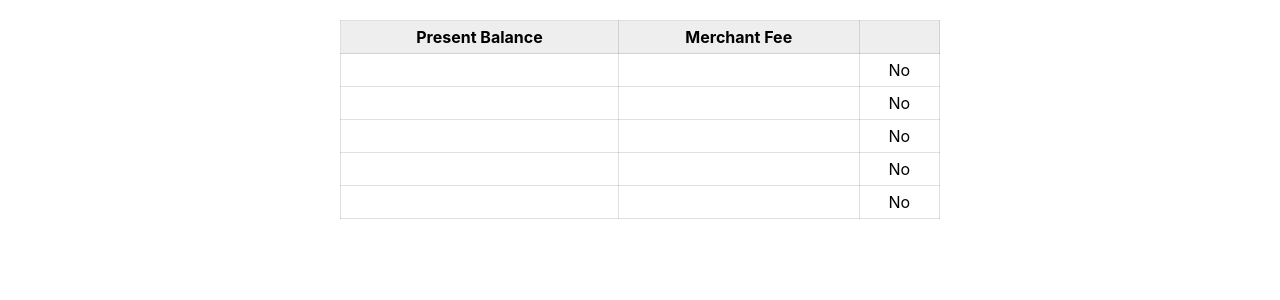
Repository: Anubhavgarg/pomelopay
Page: / (app in my-app/)
These files come from the project's save history. The page is drawn as it stood at one moment and after the next save; the edit follows.
The browser window is 1280 px wide. The pictures show the whole page.
The project was rebuilt for these pictures with package versions that can differ from the ones it lists, and the page was loaded fresh each time.

Above is the page before, as saved 2020-02-22 00:18:12.

After the next save:
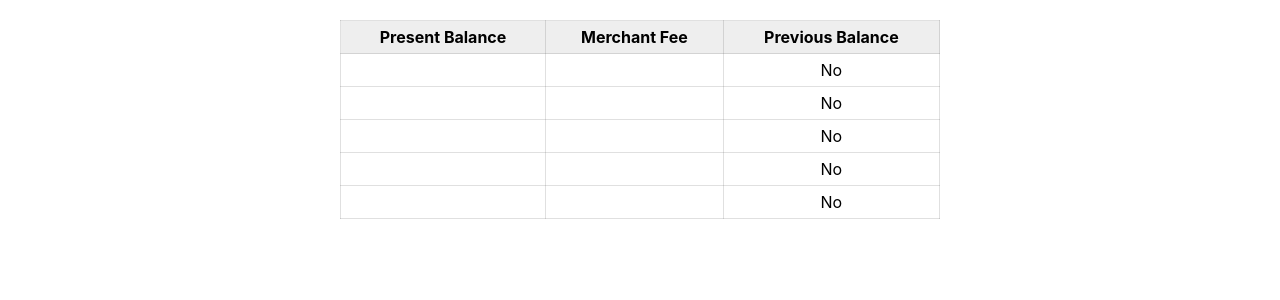
Saved 8 s later.
--- a/my-app/src/App.js
+++ b/my-app/src/App.js
@@ -20,7 +20,7 @@ function App() {
           <tr>
             <th>Present Balance</th>
             <th>Merchant Fee</th>
-            <th></th>
+            <th>Previous Balance</th>
           </tr>
         </thead>
         <tbody>
